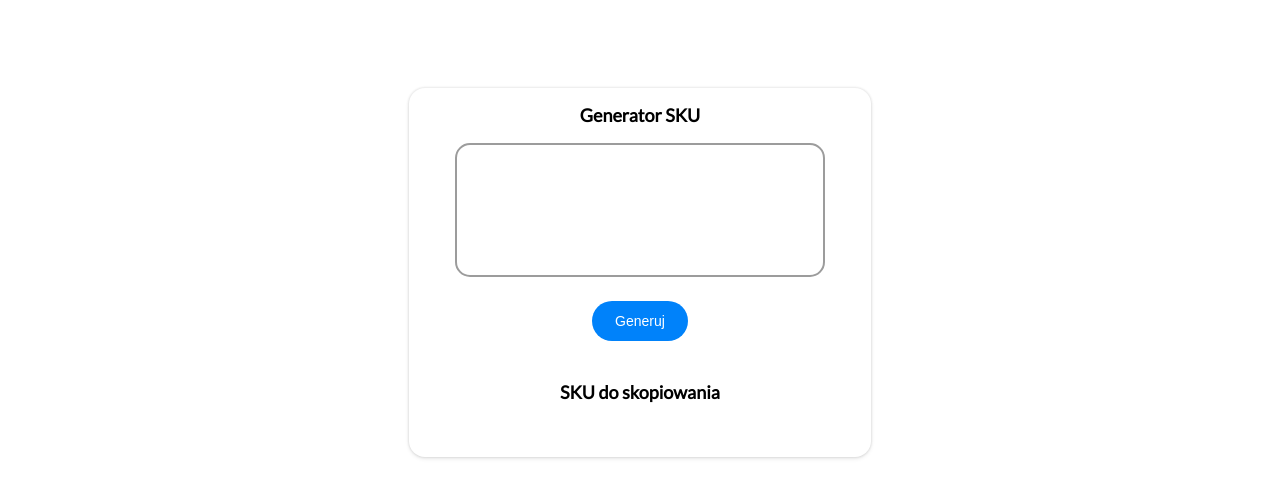
Repository: enowuigrek/Generator-SKU
Page: index.html
These files come from the project's save history. The page is drawn as it stood at one moment and after the next save; the edit follows.
The browser window is 1280 px wide. The pictures show the whole page.
The style sheet was rebuilt from its Sass, Less or Tailwind sources for each picture, by a compiler version that may differ from the author's.

Above is the page before, as saved 2022-11-28 19:39:07.

### index.html
<!DOCTYPE html>
<html lang="pl">
<head>
  <meta charset="UTF-8">
  <meta http-equiv="X-UA-Compatible" content="IE=edge">
  <meta name="viewport" content="width=device-width, initial-scale=1.0">
  <title>Generator SKU</title>
  <link rel="stylesheet" href="css/style.css">
  <link rel="preconnect" href="https://fonts.googleapis.com">
<link rel="preconnect" href="https://fonts.gstatic.com" crossorigin>
<link href="https://fonts.googleapis.com/css2?family=Lato&display=swap" rel="stylesheet">
</head>
<body>
  <container class="box">
    <h1>Generator SKU</h1>
    <textarea class="links__input"></textarea>
    <button class="generation__button">
      Generuj
    </button>
    <h1>SKU do skopiowania</h1>
    <ul class="result__sku">
    </ul>
  </container>
  <script src="js/script.js"></script>
</body>
</html>

### js/script.js
'use strict';

let inputLinks = document.querySelector('.links__input');
const generationButton = document.querySelector('.generation__button');
const resultSku = document.querySelector('.result__sku');
const skuFromProductLinkMatcher = new RegExp(/\/p\/(\d*)\-/);
let pastedLinks = inputLinks.value;

generationButton.addEventListener('click', generateSku);

function generateSku() {

  let resultToCopy = '';

  const pastedLinks = inputLinks.value;
  const pastedSplitLinks = pastedLinks.split(/\r?\n/);
  const listSku = [];

  console.log(pastedLinks);
  console.log(pastedSplitLinks);

  for (let singleLink of pastedSplitLinks) {

    if (parseInt(singleLink) && singleLink.length < 8) {
      listSku.push(singleLink);
    }else {
      const skuFromPastedLinks = skuFromProductLinkMatcher.exec(singleLink)[1];
      console.log(skuFromPastedLinks);
      listSku.push(skuFromPastedLinks);
    };
  };

  for (let singleSku of listSku) {

    function addZero() {
      if (singleSku.length > 6 ) {
        singleSku = '00' + singleSku
      };
    };
    addZero();

    const listElementSku = '<li>' + singleSku + '</li>'

    resultToCopy = resultToCopy + listElementSku;
  };

  resultSku.innerHTML = resultToCopy;
};

### sass/style.scss
/* Variables */

$color-light: #fff;
$color-dark: rgba(41, 53, 86, 1);

$font-logo: 'Lato', sans-serif;
$font-header: 'Lato', sans-serif;
$font-text: 'Lato', sans-serif;

/* Global */

*, *::before, *::after {
  box-sizing: border-box;
}

h1{
  font-size: 18px;;
}

body {
  font-family: $font-text;
  color: black;
  font-weight: 300;
  font-size: 14px;
  line-height: 1.7;
  display: flex;
  align-items: center;
  justify-content: center;
}

.box {
  margin: 80px 20px;
  display: flex;
  flex-direction: column;
  justify-content: center;
  align-items: center;
  width: 33em;
  height: min-content;
  border-radius: 16px;
  background-color: $color-light;
  box-shadow: rgb(0 0 0 / 8%) 0px 2px 4px 0px, rgb(0 0 0 / 8%) 0px 0px 2px 1px;
}

.links__input {
  font-family: $font-text;
  padding: 12px 20px 86px ;
  width: 80%;
  border: 2px solid;
  color: rgb(156, 156, 156);
  border-radius: 15px;
  resize: none;
}

button {
  background-color: rgb(0, 130, 250);
  font-size: 14px;
  color: rgb(255, 255, 255);
  border: none;
  border-radius: 30px;
  text-decoration: none;
  padding: 0px;
  margin: 24px;
  height: 40px;
  width: 96px;
  cursor: pointer;
  transition: .1s;
  &:hover {
    background-color: rgb(0, 112, 204);
  }
}

.result__sku {
  display: flex;
  flex-direction: column;
  margin-bottom: 24px;
  padding: 0;
  align-items: center;
  list-style-type: none;
}

After the next save:
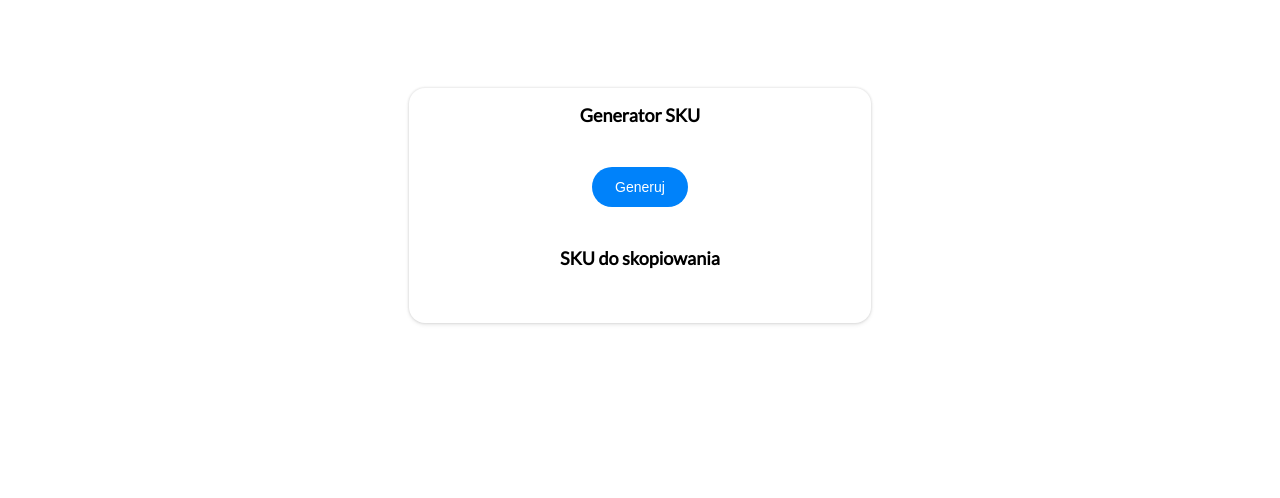
Console error: TypeError: Cannot read properties of null (reading 'value')
Saved 14 s later.
--- a/index.html
+++ b/index.html
@@ -13,7 +13,7 @@
 <body>
   <container class="box">
     <h1>Generator SKU</h1>
-    <textarea class="links__input"></textarea>
+  </textarea class="links__input"></textarea>
     <button class="generation__button">
       Generuj
     </button>

After the 4 saves that followed:
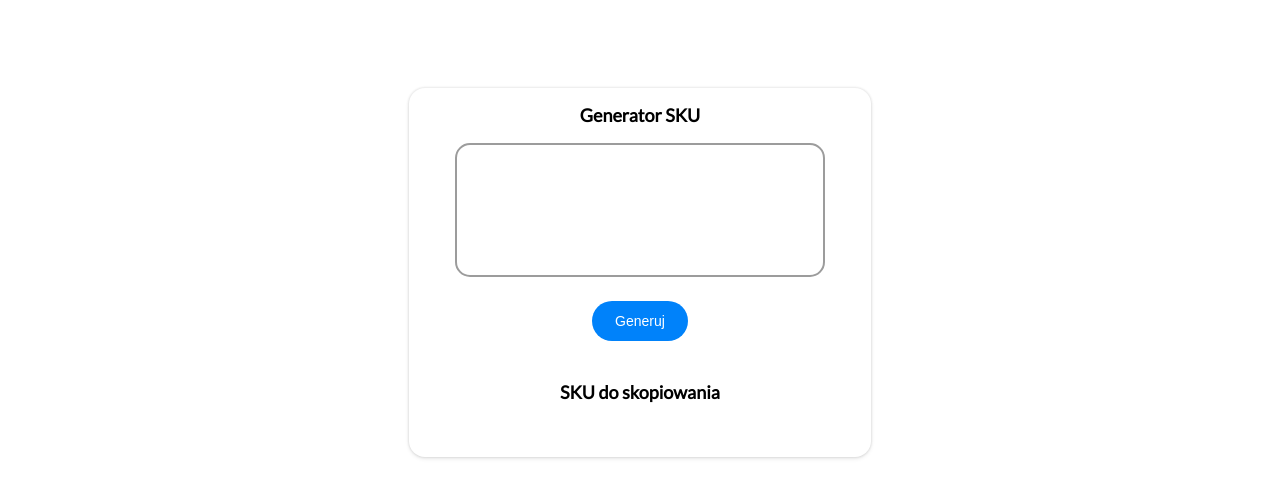
The error is gone.
The 4 saves are shown as one change because 3 left the picture as it was.
The last was saved 20 s later.
--- a/index.html
+++ b/index.html
@@ -13,7 +13,7 @@
 <body>
   <container class="box">
     <h1>Generator SKU</h1>
-  </textarea class="links__input"></textarea>
+    <textarea class="links__input"></textarea>
     <button class="generation__button">
       Generuj
     </button>
